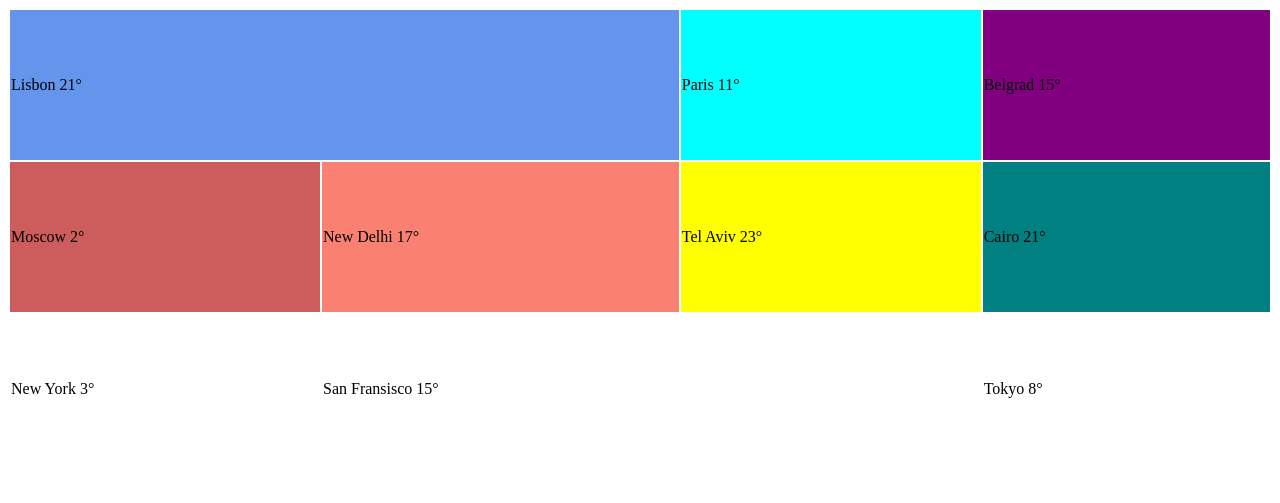
Repository: aysedo/html
Page: Week_2/index.html
An editor plug-in stored every save of this project. The page is shown before and after the next save, followed by the edit.
The browser window is 1280 px wide. The pictures show the whole page.

Above is the page before, as saved 2021-08-24 14:41:56.

After the next save:
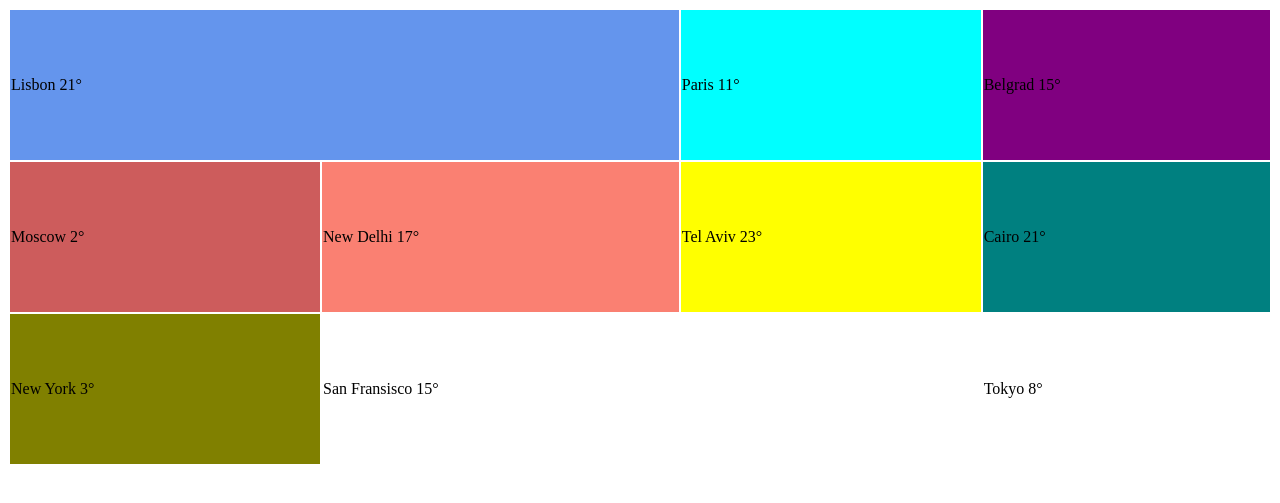
Saved 26 s later.
--- a/Week_2/index.html
+++ b/Week_2/index.html
@@ -20,7 +20,7 @@
         <td bgcolor="Teal"> Cairo 21° </td>
       </tr>
       <tr height="150">
-        <td bgcolor=""> New York 3°</td>
+        <td bgcolor="Olive"> New York 3°</td>
         <td colspan="2"> San Fransisco 15° </td>
         <td> Tokyo 8° </td>
       </tr>
